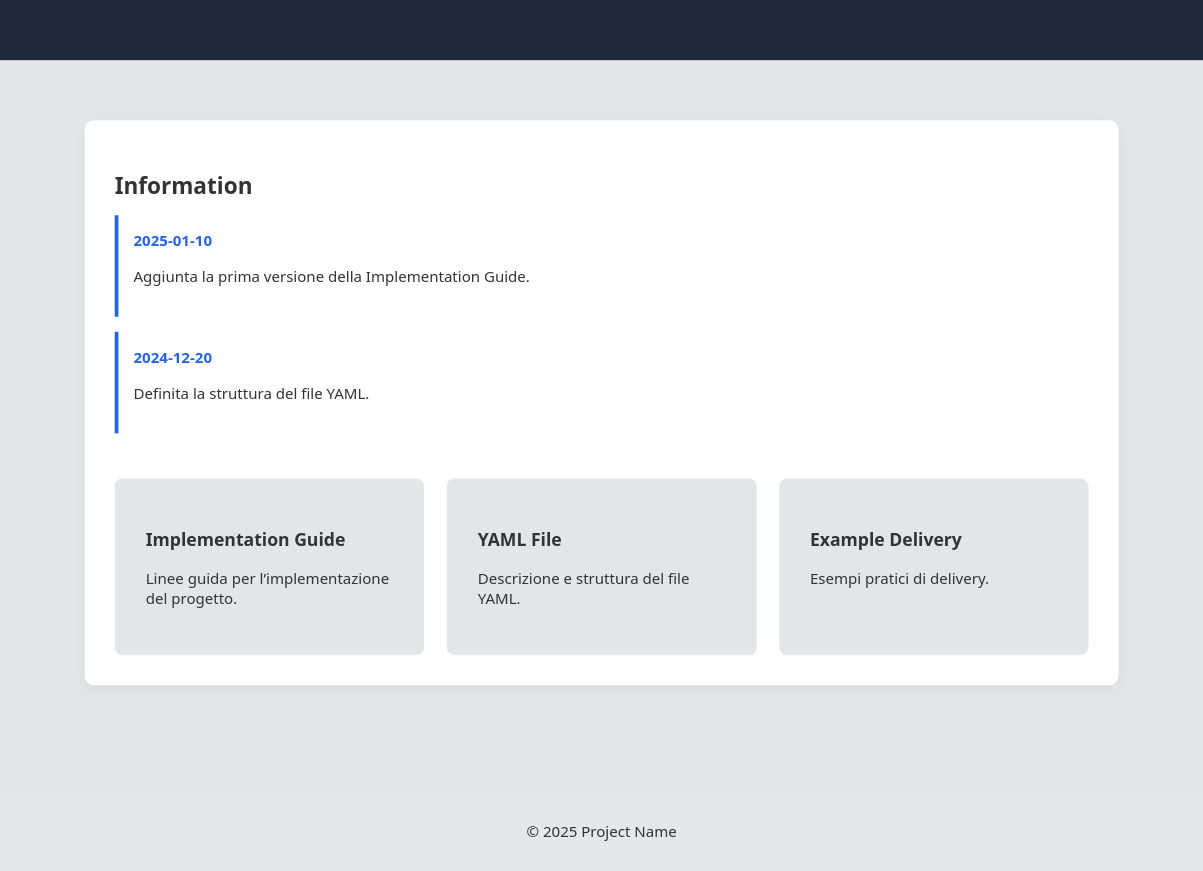
Repository: bfspoku/ech-0252-docs
Page: index.html
These files come from the project's save history. The page is drawn as it stood at one moment and after the next save; the edit follows.
The browser window is 1280 px wide. The pictures show the whole page, at 94% of full size.

Above is the page before, as saved 2025-12-16 15:34:54.

### index.html
<link rel="preconnect" href="https://fonts.googleapis.com">
<link rel="preconnect" href="https://fonts.gstatic.com" crossorigin>
<link href="https://fonts.googleapis.com/css2?family=Noto+Sans:ital,wght@0,400;0,600;0,700;1,400&display=swap" rel="stylesheet">


<!DOCTYPE html>
<html lang="it">
<head>
  <meta charset="UTF-8">
  <title>eCH implementation guide</title>
  <link rel="stylesheet" href="css/style.css">
</head>
<body>

<header>

</header>

<main>

<section class = "wrapper">
  <!-- INFORMATION -->
  <section class="information">
    <h2>Information</h2>

    <ul class="updates">
      <li>
        <span class="date">2025-01-10</span>
        <p>Aggiunta la prima versione della Implementation Guide.</p>
      </li>
      <li>
        <span class="date">2024-12-20</span>
        <p>Definita la struttura del file YAML.</p>
      </li>
    </ul>
  </section>

  <!-- CARDS -->
  <section class="cards">
    <a class="card" href="implementation-guide.html">
      <h3>Implementation Guide</h3>
      <p>Linee guida per l’implementazione del progetto.</p>
    </a>

    <a class="card" href="yaml-file.html">
      <h3>YAML File</h3>
      <p>Descrizione e struttura del file YAML.</p>
    </a>

    <a class="card" href="example-delivery.html">
      <h3>Example Delivery</h3>
      <p>Esempi pratici di delivery.</p>
    </a>
  </section>

</section>

</main>

<footer>
  <p>© 2025 Project Name</p>
</footer>

</body>
</html>

### css/style.css
body {
    font-family: 'Noto Sans', system-ui, -apple-system, BlinkMacSystemFont,
    'Segoe UI', Roboto, Ubuntu, Cantarell, 'Helvetica Neue',
    Arial, sans-serif;
    margin: 0;
    background: #e4e5e7;
    color: #333;
  }

  header {
    background: #1f2937;
    color: white;
    padding: 2rem;
  }

  /* SUB-BANNER */
  .sub-banner {
    background-color: white;   /* bianco puro */
    padding: 1.5rem 0;         /* verticale */
    border-bottom: 1px solid #e5e7eb; /* linea di separazione */
    text-align: center;
  }

  .sub-banner h2 {
    margin: 0 0 0.5rem 0;
    font-weight: 600;
    color: #111827;
  }

  .sub-banner p {
    margin: 0;
    color: #4b5563;
    font-size: 16px;
  }


  main {
    padding: 2rem;
    max-width: 1100px;
    margin: auto;
  }

  h1, h2 {
    margin-bottom: 1rem;
  }

  /* Main wrapper for all the pages */
  .wrapper {
    max-width: 1100px;      /* larghezza massima */
    margin: 2rem auto;      /* centrato orizzontalmente, margine verticale */
    padding: 2rem;          /* spazio interno */
    background-color: #ffffff;  /* bianco-beige chiaro */
    border-radius: 10px;    /* angoli arrotondati */
    box-shadow: 0 4px 15px rgba(0,0,0,0.05); /* leggero effetto profondità */
  }

  /* INFORMATION */
  .information {
    margin-bottom: 3rem;
  }

  .updates {
    list-style: none;
    padding: 0;
  }

  .updates li {
    background: white;
    padding: 1rem;
    border-left: 4px solid #2563eb;
    margin-bottom: 1rem;
  }

  .date {
    font-weight: bold;
    color: #2563eb;
  }

  /* CARDS */
  .cards {
    display: grid;
    grid-template-columns: repeat(auto-fit, minmax(250px, 1fr));
    gap: 1.5rem;
  }

  .card {
    background: #e4e5e7;
    padding: 2rem;
    text-decoration: none;
    color: inherit;
    border: 1px solid #e5e7eb;
    border-radius: 8px;
    transition: transform 0.2s, box-shadow 0.2s;
  }

  .card:hover {
    transform: translateY(-5px);
    box-shadow: 0 10px 20px rgba(0,0,0,0.1);
  }

  footer {
    text-align: center;
    padding: 1rem;
    background: #e5e7eb;
    margin-top: 3rem;
  }

After the next save:
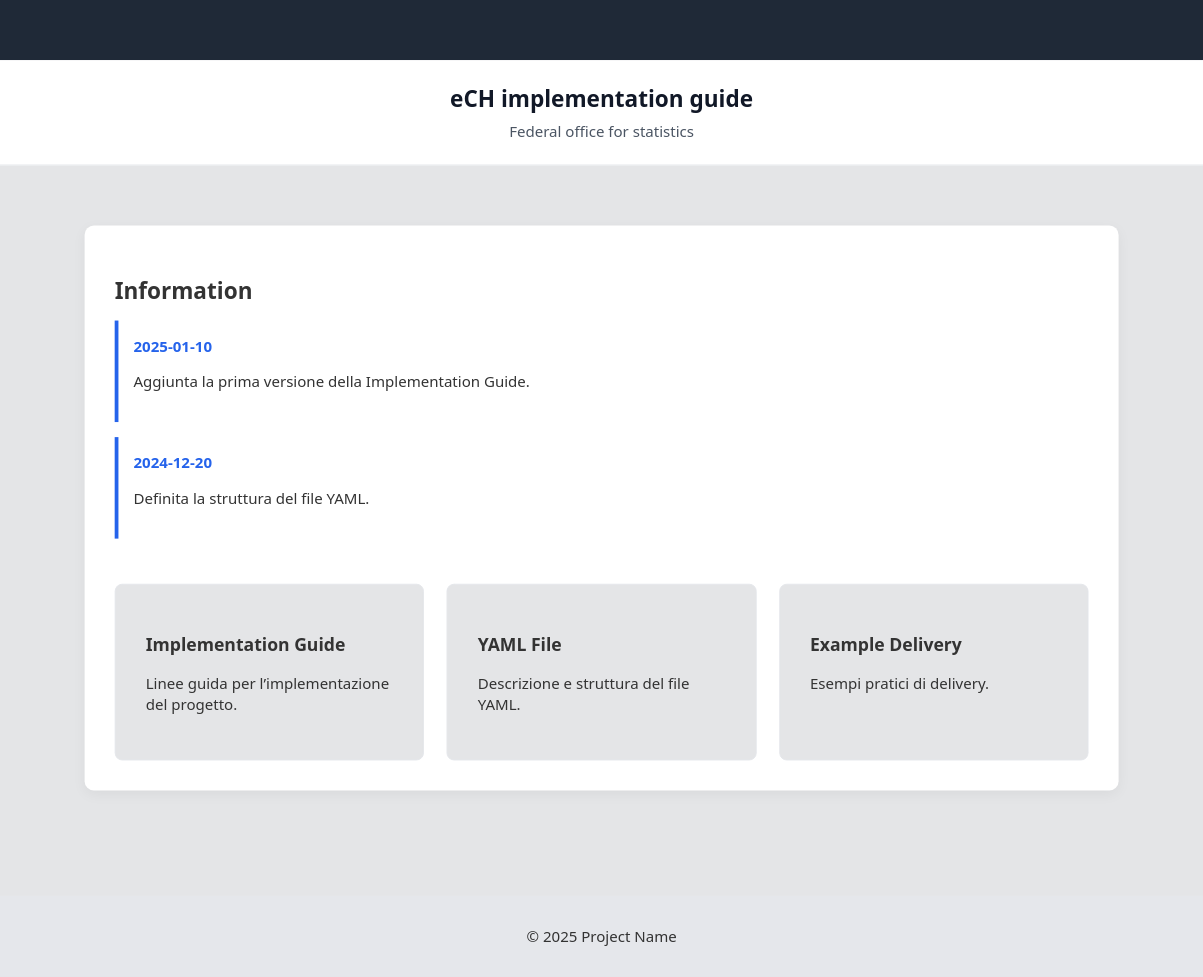
Saved 69 s later.
--- a/index.html
+++ b/index.html
@@ -15,6 +15,14 @@
 <header>
 
 </header>
+
+<section class="sub-banner">
+
+      <h2>eCH implementation guide</h2>
+      <p>Federal office for statistics</p>
+
+</section>
+
 
 <main>
 
